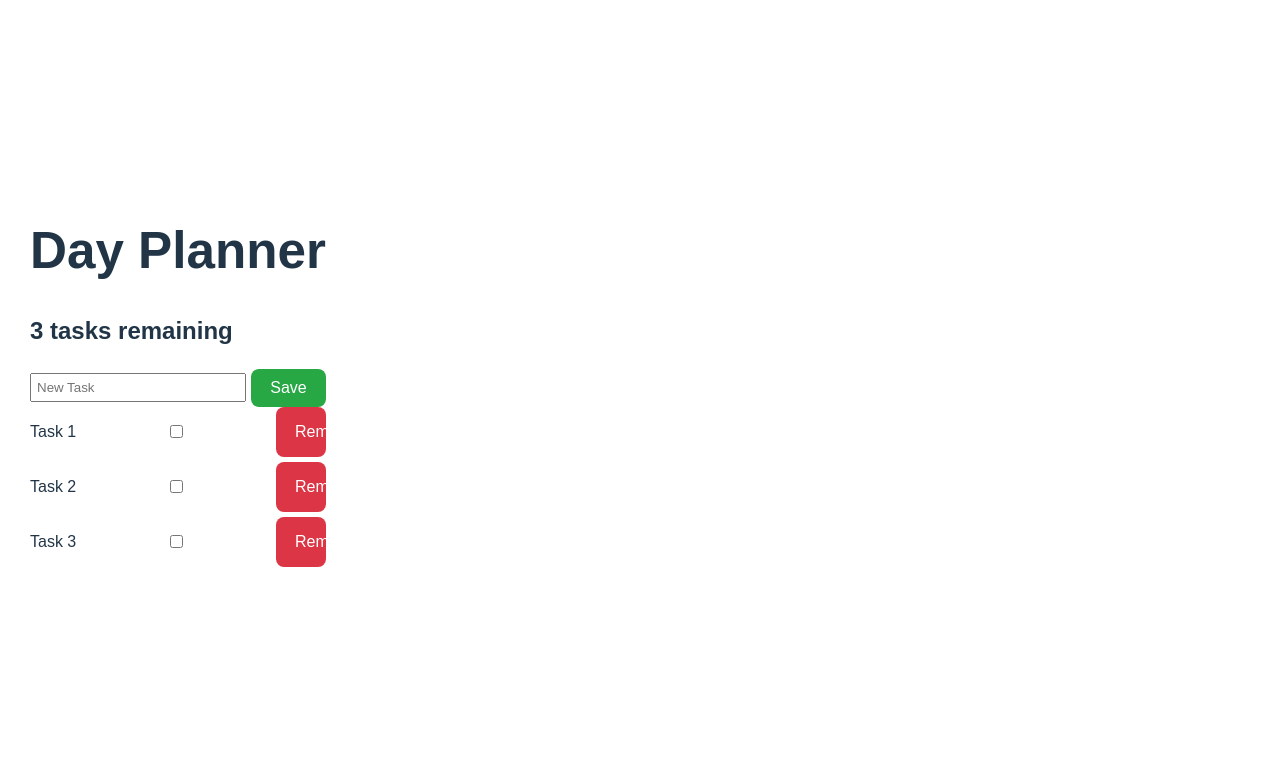
Repository: GavinPahal/lab5
Page: /
The author's editor kept a copy of each file at every save. The page is drawn from the files as they stood at one save, then again after the next save.
The browser window is 1280 px wide. The pictures show the whole page.
The project was rebuilt for these pictures with package versions that can differ from the ones it lists, and the page was loaded fresh each time. Also part of the build but not shown: vite.config.js.

Above is the page before, as saved 2024-10-11 17:46:48.

After the next save:
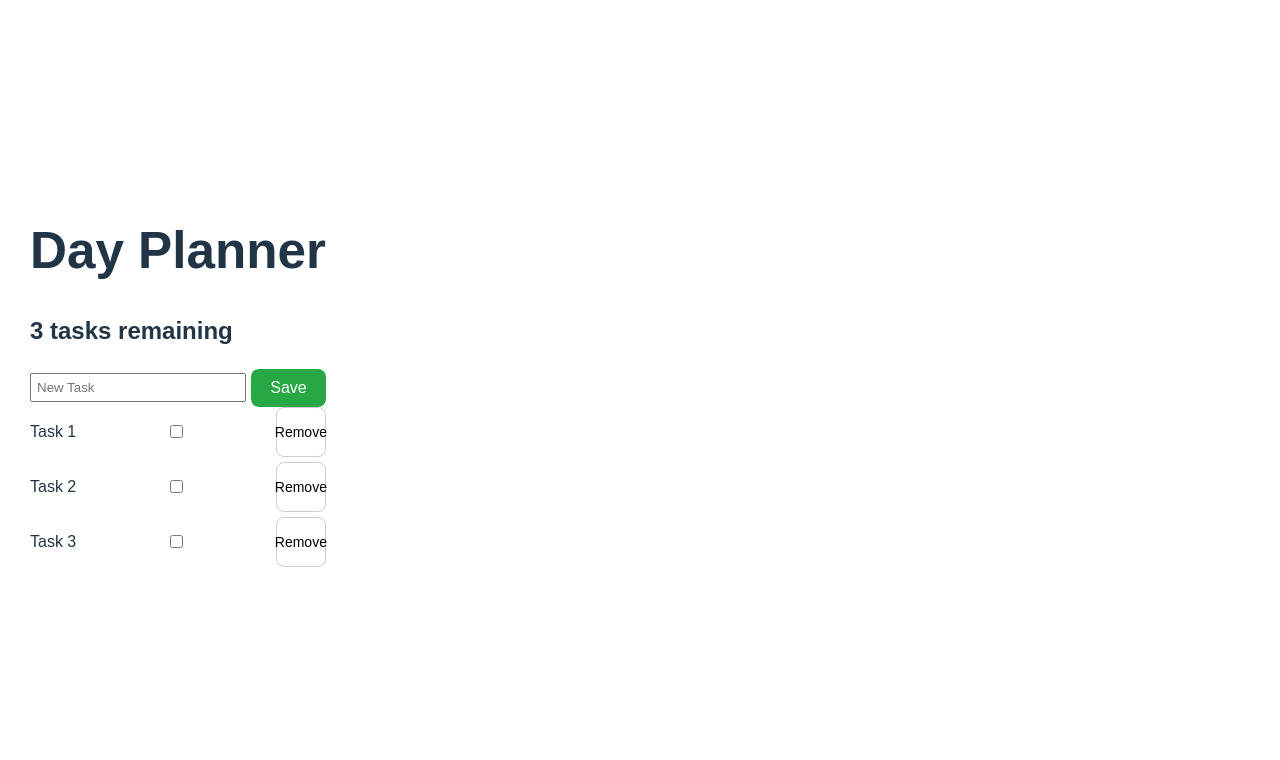
Saved 56 s later.
--- a/src/App.css
+++ b/src/App.css
@@ -40,14 +40,18 @@ button.save:hover {
 button.remove {
   width: 50px; /* Fixed width for square shape */
   height: 50px; /* Fixed height for square shape */
-  background-color: #dc3545; /* Red color for remove button */
-  color: white;
-  border: none;
+  background-color: transparent; /* No background color */
+  color: black; /* Text color */
+  border: 1px solid #ccc; /* Light border for visibility */
   cursor: pointer;
+  display: flex; /* Flexbox for centering text */
+  align-items: center; /* Center vertically */
+  justify-content: center; /* Center horizontally */
+  font-size: 14px; /* Adjust font size to fit */
 }
 
 button.remove:hover {
-  background-color: #c82333; /* Darker red on hover */
+  border-color: #999; /* Darker border on hover for effect */
 }
 
 .completed span {
